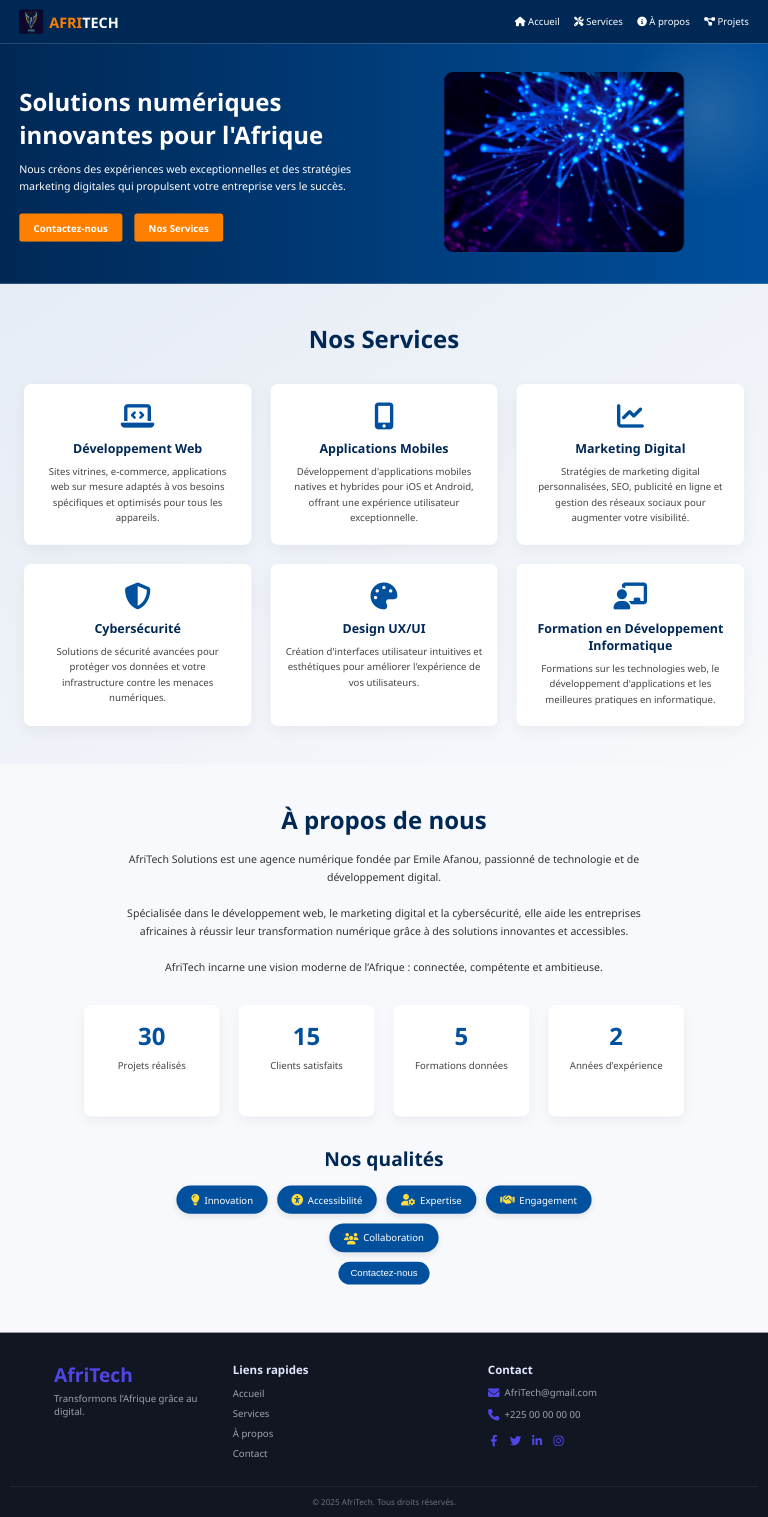
Repository: prestige225/AFRITECH
Page: index.html
An editor plug-in stored every save of this project. The page is shown before and after the next save, followed by the edit.
The browser window is 1280 px wide. The pictures show the whole page, at 60% of full size.

Above is the page before, as saved 2025-07-25 23:08:23.

### index.html

<!DOCTYPE html>
<html lang="en">
<head>
    <meta charset="UTF-8">
    <meta name="viewport" content="width=device-width, initial-scale=1.0">
    <!-- Font Awesome CDN -->
<link rel="stylesheet" href="https://cdnjs.cloudflare.com/ajax/libs/font-awesome/6.4.0/css/all.min.css">
    <link rel="stylesheet" href="style.css">

    <title>AFRITECH</title>
</head>
<body>
    <header>
        <div class="logo">
            <img src="image/logo.jpg" alt="AfanouTech Logo">
            <h1><span>AFRI</span>TECH</h1>
        </div>

         <!-- Bouton hamburger visible sur mobile -->
  <div class="menu-toggle" id="menu-toggle">
    <i class="fas fa-bars"></i>
  </div>


       <nav>
  <ul>
    <li><a href="index.html"><i class="fas fa-home"></i> Accueil</a></li>
    <li><a href="#services"><i class="fas fa-tools"></i> Services</a></li>
    <li><a href="about.html"><i class="fas fa-info-circle"></i> À propos</a></li>
    <!-- <li><a href="#services" id="openModalLink"><i class="fas fa-envelope"></i> Contact</a></li> -->

    <li><a href="projet.html"><i class="fas fa-project-diagram"></i> Projets</a></li>
  </ul>
</nav>

    </header>

<!-- hero -->
 <section class="hero">
    <div class="hero-content">
        <h1>Solutions numériques innovantes pour l'Afrique</h1>

        <p>Nous créons des expériences web exceptionnelles et des stratégies marketing digitales qui propulsent votre entreprise vers le succès.</p>
        <a href="contact.html" class="btn">Contactez-nous</a>
        <a href="#" class="btn">Nos Services</a>

    </div>
    <div class="hero-image">
        <img src="image/emile.jpg" alt="Image d'accueil">
    </div>

    <div class="couleurpassante en design">

    </div>

 </section>


 <!-- SECTION SERVICES -->
  <section id="services" class="services-section">
            <h2>Nos Services</h2>
    <div class="services">

        <div class="service-item">
            <i class="fas fa-laptop-code"></i>
            <h3>Développement Web</h3>
            <p>Sites vitrines, e-commerce, applications web sur mesure adaptés à vos besoins spécifiques et optimisés pour tous les appareils.</p>
        </div>
        <div class="service-item">
            <i class="fas fa-mobile-alt"></i>
            <h3>Applications Mobiles</h3>
            <p>Développement d'applications mobiles natives et hybrides pour iOS et Android, offrant une expérience utilisateur exceptionnelle.</p>
        </div>
        <div class="service-item">
            <i class="fas fa-chart-line"></i>
            <h3>Marketing Digital</h3>
            <p>Stratégies de marketing digital personnalisées, SEO, publicité en ligne et gestion des réseaux sociaux pour augmenter votre visibilité.</p>
        </div>
        <div class="service-item">
            <i class="fas fa-shield-alt"></i>
            <h3>Cybersécurité</h3>
            <p>Solutions de sécurité avancées pour protéger vos données et votre infrastructure contre les menaces numériques.</p>
        </div>
        <div class="service-item">
            <i class="fas fa-palette"></i>
            <h3>Design UX/UI</h3>
            <p>Création d'interfaces utilisateur intuitives et esthétiques pour améliorer l'expérience de vos utilisateurs.</p>
        </div>

        <div class="service-item">
            <i class="fas fa-chalkboard-teacher"></i>
            <h3>Formation en Développement Informatique</h3>
            <p>Formations sur les technologies web, le développement d'applications et les meilleures pratiques en informatique.</p>
            </div>
    </div>
  </section>
<!-- SECTION apropos -->
<section id="about" class="about-section">
  <h2>À propos de nous</h2>
  <p>
    AfriTech Solutions est une agence numérique fondée par Emile Afanou, passionné de technologie et de développement digital.<br><br>
    Spécialisée dans le développement web, le marketing digital et la cybersécurité, elle aide les entreprises africaines à réussir leur transformation numérique grâce à des solutions innovantes et accessibles.<br><br>
    AfriTech incarne une vision moderne de l’Afrique : connectée, compétente et ambitieuse.
  </p>

  <!-- COMPTEURS -->
  <div class="counters">
    <div class="counter-box">
      <span class="counter" data-target="30">0</span>
      <p>Projets réalisés</p>
    </div>
    <div class="counter-box">
      <span class="counter" data-target="15">0</span>
      <p>Clients satisfaits</p>
    </div>
    <div class="counter-box">
      <span class="counter" data-target="5">0</span>
      <p>Formations données</p>
    </div>
    <div class="counter-box">
      <span class="counter" data-target="2">0</span>
      <p>Années d'expérience</p>
    </div>
  </div>

  <!-- NOS QUALITÉS -->
  <div class="nos-qualites">
    <h3>Nos qualités</h3>
    <ul>
      <li><i class="fas fa-lightbulb"></i> Innovation</li>
      <li><i class="fas fa-universal-access"></i> Accessibilité</li>
      <li><i class="fas fa-user-cog"></i> Expertise</li>
      <li><i class="fas fa-handshake"></i> Engagement</li>
      <li><i class="fas fa-users"></i> Collaboration</li>
    </ul>
  </div>


  <!-- Bouton pour ouvrir la modale -->
<button id="openModalBtn" class="open-modal-btn">Contactez-nous</button>

<!-- Modale -->
<div id="contactModal" class="modal">
  <div class="modal-content">
    <span id="closeModalBtn" class="close-btn">&times;</span>
    <h2>Contactez-nous</h2>
    <form action="https://formspree.io/f/mabcxyz" method="POST">
      <input type="text" name="name" placeholder="Votre nom" required autocomplete="off" />
      <input type="email" name="email" placeholder="Votre email" required autocomplete="off" />
      <textarea name="message" rows="5" placeholder="Votre message" required></textarea>
      <button type="submit" class="btn">Envoyer</button>
    </form>
  </div>
</div>
</section>




<footer class="footer">
  <div class="footer-container">
    <div class="footer-brand">
      <h2>AfriTech</h2>
      <p>Transformons l’Afrique grâce au digital.</p>
    </div>
    <div class="footer-links">
      <h4>Liens rapides</h4>
      <ul>
        <li><a href="#">Accueil</a></li>
        <li><a href="#">Services</a></li>
        <li><a href="#">À propos</a></li>
        <li><a href="#">Contact</a></li>
      </ul>
    </div>
    <div class="footer-contact">
      <h4>Contact</h4>
      <p><i class="fas fa-envelope"></i>AfriTech@gmail.com</p>
      <p><i class="fas fa-phone"></i> +225 00 00 00 00</p>
      <div class="social-icons">
        <a href="#" aria-label="Facebook"><i class="fab fa-facebook-f"></i></a>
        <a href="#" aria-label="Twitter"><i class="fab fa-twitter"></i></a>
        <a href="#" aria-label="LinkedIn"><i class="fab fa-linkedin-in"></i></a>
        <a href="#" aria-label="Instagram"><i class="fab fa-instagram"></i></a>
      </div>
    </div>
  </div>
  <div class="footer-bottom">
    <p>© 2025 AfriTech. Tous droits réservés.</p>
  </div>
</footer>


    <script src="index.js"></script>

    <!--  -->
</body>



</html>

### style.css

/* ========== RESET ========== */
* {
  margin: 0;
  padding: 0;
  box-sizing: border-box;
}

/* ========== GLOBAL ========== */
body {
  font-family: 'Segoe UI', sans-serif;
  background-color: #f4f4f4;
  color: #333;
}

/* ========== HEADER ========== */
header {
  background-color: #002855;
  color: white;
  padding: 1rem 2rem;
  display: flex;
  justify-content: space-between;
  align-items: center;
  flex-wrap: wrap;
  position: relative;
}

/* Logo */
.logo {
  display: flex;
  align-items: center;
  gap: 10px;
}

.logo img {
  width: 40px;
  height: 40px;
}

.logo h1 {
  font-size: 1.5rem;
  font-weight: bold;
}

.logo span {
  color: #ff8000;
}

/* Navigation */
nav ul {
  list-style: none;
  display: flex;
  gap: 1.5rem;
}

nav a {
  color: white;
  text-decoration: none;
  font-weight: 500;
  transition: 0.3s;
}

nav a:hover {
  color: #ff8000;
}

/* Hamburger button */
.menu-toggle {
  display: none;
  font-size: 1.8rem;
  color: white;
  cursor: pointer;
}

/* ========== RESPONSIVE ========== */
@media (max-width: 768px) {
  nav {
    width: 100%;
  }

  nav ul {
    flex-direction: column;
    background-color: #002855;
    position: absolute;
    top: 100%;
    left: 0;
    right: 0;
    display: none;
    padding: 1rem;
    z-index: 10;
  }

  nav ul.active {
    display: flex;
  }

  .menu-toggle {
    display: block;
  }
}
/* 🎯 SECTION HERO MODERNE */
.hero {
  display: flex;
  flex-wrap: wrap;
  align-items: center;
  justify-content: space-between;
  padding: 3rem 2rem;
  background: linear-gradient(to right, #002855, #00509e);
  color: white;
  position: relative;
  overflow: hidden;
}

/* Contenu texte */
.hero-content {
  flex: 1 1 50%;
  max-width: 600px;
  z-index: 1;
}

.hero-content h1 {
  font-size: 2.5rem;
  margin-bottom: 1rem;
}

.hero-content p {
  font-size: 1.1rem;
  margin-bottom: 2rem;
  line-height: 1.6;
}

/* Boutons */
.hero-content .btn {
  display: inline-block;
  background-color: #ff8000;
  color: white;
  padding: 0.8rem 1.5rem;
  margin-right: 1rem;
  border-radius: 5px;
  text-decoration: none;
  font-weight: bold;
  transition: background 0.3s ease;
}

.hero-content .btn:hover {
  background-color: #e67300;
}

/* Image d’accueil */
.hero-image {
  flex: 1 1 40%;
  text-align: center;
  z-index: 1;
}

.hero-image img {
  width: 100%;
  max-width: 400px;
  height: auto;
  border-radius: 15px;
}

/* Effet décoratif de fond (couleurpassante) */
.couleurpassante {
  position: absolute;
  top: -50px;
  right: -50px;
  width: 300px;
  height: 300px;
  background: radial-gradient(circle, #ffffff22, transparent 70%);
  border-radius: 50%;
  animation: flotter 10s infinite alternate;
  z-index: 0;
}

/* Animation douce */
@keyframes flotter {
  0% {
    transform: translateY(0) rotate(0deg);
  }
  100% {
    transform: translateY(20px) rotate(20deg);
  }
}

/* 📱 Responsive */
@media (max-width: 768px) {
  .hero {
    flex-direction: column;
    text-align: center;
  }

  .hero-content, .hero-image {
    flex: 1 1 100%;
    max-width: 100%;
  }

  .hero-content h1 {
    font-size: 2rem;
  }

  .hero-content p {
    font-size: 1rem;
  }

  .hero-content .btn {
    margin-bottom: 1rem;
  }
}


/* ========== SECTION SERVICES ========== */
.services-section {
  padding: 4rem 2rem;
  background: linear-gradient(to bottom right, #e6ecf5, #f7f9fc);
  text-align: center;
}

.services-section h2 {
  font-size: 2.5rem;
  margin-bottom: 3rem;
  color: #002855;
  font-weight: 700;
}

/* Container de toutes les cartes */
.services {
  display: grid;
  grid-template-columns: repeat(auto-fit, minmax(280px, 1fr));
  gap: 2rem;
  max-width: 1200px;
  margin: 0 auto;
}

/* Style individuel des services */
.service-item {
  background-color: #ffffff;
  border-radius: 12px;
  padding: 2rem 1.5rem;
  box-shadow: 0 8px 25px rgba(0, 0, 0, 0.05);
  transition: transform 0.3s ease, box-shadow 0.3s ease;
}

.service-item:hover {
  transform: translateY(-8px);
  box-shadow: 0 12px 30px rgba(0, 0, 0, 0.1);
}

/* Icône */
.service-item i {
  font-size: 2.8rem;
  color: #00509e;
  margin-bottom: 1rem;
}

/* Titre */
.service-item h3 {
  font-size: 1.3rem;
  margin-bottom: 0.8rem;
  color: #002855;
  font-weight: 600;
}

/* Paragraphe */
.service-item p {
  font-size: 1rem;
  line-height: 1.6;
  color: #444;
}


/* ===== SECTION À PROPOS ===== */
.about-section {
  padding: 4rem 2rem;
  text-align: center;
  background: #f7f9fc;
}

.about-section h2 {
  font-size: 2.5rem;
  color: #002855;
  margin-bottom: 1.5rem;
}

.about-section p {
  max-width: 900px;
  margin: 0 auto 3rem;
  font-size: 1.1rem;
  line-height: 1.8;
  color: #333;
}

/* ===== SECTION À PROPOS ===== */
.about-section {
  padding: 4rem 2rem;
  text-align: center;
  background: #f7f9fc;
  font-family: 'Segoe UI', Tahoma, Geneva, Verdana, sans-serif;
}

.about-section h2 {
  font-size: 2.5rem;
  color: #002855;
  margin-bottom: 1.5rem;
  font-weight: 700;
}

.about-section p {
  max-width: 900px;
  margin: 0 auto 3rem;
  font-size: 1.1rem;
  line-height: 1.7;
  color: #333;
}

.about-section {
  padding: 4rem 2rem;
  text-align: center;
  background: #f7f9fc;
  font-family: 'Segoe UI', Tahoma, Geneva, Verdana, sans-serif;
}

.about-section h2 {
  font-size: 2.5rem;
  color: #002855;
  margin-bottom: 1.5rem;
  font-weight: 700;
}

.about-section p {
  max-width: 900px;
  margin: 0 auto 3rem;
  font-size: 1.1rem;
  line-height: 1.7;
  color: #333;
}

/* Compteurs */
.counters {
  display: grid;
  grid-template-columns: repeat(auto-fit, minmax(160px, 1fr));
  gap: 2rem;
  max-width: 1000px;
  margin: 0 auto 3rem;
}

.counter-box {
  background: #fff;
  border-radius: 12px;
  padding: 1.5rem;
  box-shadow: 0 8px 20px rgba(0, 0, 0, 0.05);
  transition: transform 0.3s ease;
}

.counter-box:hover {
  transform: translateY(-5px);
}

.counter {
  font-size: 2.5rem;
  font-weight: 700;
  color: #00509e;
  display: block;
}

.counter-box p {
  margin-top: 0.5rem;
  font-size: 1rem;
  color: #444;
}

/* Nos qualités */
.nos-qualites {
  margin-top: 3rem;
  max-width: 800px;
  margin-left: auto;
  margin-right: auto;
  text-align: center;
}

.nos-qualites h3 {
  font-size: 2rem;
  color: #002855;
  margin-bottom: 1.5rem;
  font-weight: 700;
}

.nos-qualites ul {
  list-style: none;
  padding: 0;
  display: flex;
  flex-wrap: wrap;
  justify-content: center;
  gap: 1rem;
}

.nos-qualites li {
  background-color: #00509e;
  color: #fff;
  padding: 0.8rem 1.5rem;
  border-radius: 25px;
  font-size: 1rem;
  font-weight: 500;
  box-shadow: 0 4px 12px rgba(0, 0, 0, 0.1);
  display: flex;
  align-items: center;
  gap: 0.5rem;
  transition: background 0.3s ease;
}

.nos-qualites li:hover {
  background-color: #003f7f;
}

.nos-qualites li i {
  color: #ffdd40;
  font-size: 1.2rem;
}

/* Responsive */
@media (max-width: 768px) {
  .about-section h2 {
    font-size: 2rem;
  }

  .about-section p {
    font-size: 1rem;
    padding: 0 1rem;
  }

  .counter {
    font-size: 2rem;
  }

  .counter-box p {
    font-size: 0.95rem;
  }

  .nos-qualites li {
    font-size: 0.95rem;
    padding: 0.7rem 1.2rem;
  }
}

@media (max-width: 480px) {
  .counters {
    grid-template-columns: 1fr;
  }

  .nos-qualites ul {
    flex-direction: column;
    gap: 1rem;
  }

  .nos-qualites li {
    justify-content: center;
  }
}


/* Bouton pour ouvrir la modale */
.open-modal-btn {
  padding: 10px 20px;
  background-color: #00509e;
  color: white;
  border: none;
  border-radius: 25px;
  cursor: pointer;
  font-size: 1rem;
  margin: 2rem auto;
  display: block;
}

.open-modal-btn:hover {
  background-color: #003f7f;
}

/* Bouton ouvrir modale */
.open-modal-btn {
  padding: 10px 20px;
  background-color: #00509e;
  color: white;
  border: none;
  border-radius: 25px;
  cursor: pointer;
  font-size: 1rem;
  display: inline-block;
  margin: 1rem auto;
}

.open-modal-btn:hover {
  background-color: #003f7f;
}

/* Modale masquée par défaut */
.modal {
  display: none;
  position: fixed;
  z-index: 10000;
  top: 0; left: 0;
  width: 100vw;
  height: 100vh;
  background-color: rgba(0,0,0,0.7);
  justify-content: center;
  align-items: center;
  padding: 1rem;
}

/* Afficher modale */
.modal.show {
  display: flex;
}

/* Contenu modale */
.modal-content {
  background-color: #fff;
  border-radius: 10px;
  max-width: 500px;
  width: 100%;
  padding: 2rem;
  position: relative;
  box-shadow: 0 0 15px rgba(0,0,0,0.3);
  animation: fadeInScale 0.3s ease forwards;
}

@keyframes fadeInScale {
  from {opacity: 0; transform: scale(0.9);}
  to {opacity: 1; transform: scale(1);}
}

.modal-content h2 {
  color: #003f7f;
  margin-bottom: 1rem;
  text-align: center;
}

.modal-content form {
  display: flex;
  flex-direction: column;
  gap: 1rem;
}

input, textarea {
  padding: 1rem;
  font-size: 1rem;
  border-radius: 8px;
  border: 1px solid #ccc;
  outline: none;
  font-family: inherit;
  transition: border-color 0.3s ease;
}

input:focus, textarea:focus {
  border-color: #00509e;
}

button.btn {
  background-color: #00509e;
  color: white;
  padding: 0.9rem;
  font-weight: 600;
  border: none;
  border-radius: 25px;
  cursor: pointer;
  font-size: 1rem;
  transition: background-color 0.3s ease;
}

button.btn:hover {
  background-color: #003f7f;
}

/* Bouton fermer modale */
.close-btn {
  position: absolute;
  top: 15px;
  right: 15px;
  font-size: 1.8rem;
  color: #777;
  cursor: pointer;
  transition: color 0.3s ease;
}

.close-btn:hover {
  color: #000;
}

/* Responsive */
@media (max-width: 600px) {
  .modal-content {
    padding: 1.5rem;
  }
}

.footer {
  background: #121623;
  color: #d1d5db;
  padding: 3rem 1rem 1rem;
  font-family: 'Segoe UI', Tahoma, Geneva, Verdana, sans-serif;
}

.footer-container {
  max-width: 1100px;
  margin: 0 auto;
  display: flex;
  flex-wrap: wrap;
  gap: 3rem;
  justify-content: space-between;
}

.footer-brand h2 {
  font-size: 2rem;
  color: #4f46e5; /* violet doux */
  margin-bottom: 0.5rem;
  font-weight: 700;
}

.footer-brand p {
  font-size: 1rem;
  color: #9ca3af;
  max-width: 250px;
}

.footer-links,
.footer-contact {
  flex: 1 1 220px;
}

.footer-links h4,
.footer-contact h4 {
  font-size: 1.2rem;
  color: #e0e7ff;
  margin-bottom: 1rem;
  font-weight: 600;
}

.footer-links ul {
  list-style: none;
  padding: 0;
}

.footer-links ul li {
  margin-bottom: 0.7rem;
}

.footer-links ul li a {
  color: #9ca3af;
  text-decoration: none;
  transition: color 0.3s ease;
  font-weight: 500;
}

.footer-links ul li a:hover {
  color: #4f46e5;
}

.footer-contact p {
  display: flex;
  align-items: center;
  gap: 0.6rem;
  margin-bottom: 1rem;
  font-weight: 500;
  color: #9ca3af;
}

.footer-contact i {
  color: #4f46e5;
  font-size: 1.2rem;
}

.social-icons {
  display: flex;
  gap: 1rem;
  margin-top: 0.5rem;
}

.social-icons a {
  color: #9ca3af;
  font-size: 1.4rem;
  transition: color 0.3s ease;
}

.social-icons a:hover {
  color: #4f46e5;
}

/* Footer bas */
.footer-bottom {
  margin-top: 2rem;
  text-align: center;
  border-top: 1px solid #2e2e48;
  padding-top: 1rem;
  font-size: 0.85rem;
  color: #6b7280;
}

/* Responsive */
@media (max-width: 768px) {
  .footer-container {
    flex-direction: column;
    gap: 2rem;
    text-align: center;
  }

  .footer-brand p {
    margin: 0 auto;
  }

  .footer-links,
  .footer-contact {
    flex: unset;
  }

  .social-icons {
    justify-content: center;
  }
}
.footer-contact p {
  display: flex;
  align-items: center;      /* aligne verticalement */
  gap: 8px;                 /* espace entre icône et texte */
  margin-bottom: 1rem;
  font-weight: 500;
  color: #9ca3af;
  /* Assure que la ligne prend la hauteur du texte */
  line-height: 1.2;
  text-align: center;
  align-items: center;
}

.footer-contact i {
  color: #4f46e5;
  font-size: 1.2rem;
  /* Fixe la taille de l'icône et centre parfaitement */
  display: inline-flex;
  align-items: center;
  justify-content: center;
  width: 20px;       /* largeur fixe pour alignement uniforme */
  height: 20px;      /* hauteur fixe pour alignement uniforme */
  line-height: 1;
  align-items: center;
}

### index.js

// script.js

// Récupération des éléments
const toggleBtn = document.getElementById("menu-toggle");
const navMenu = document.querySelector("nav ul");

// Écoute du clic sur le bouton menu
toggleBtn.addEventListener("click", () => {
  navMenu.classList.toggle("active");
});


const counters = document.querySelectorAll('.counter');

  counters.forEach(counter => {
    const updateCount = () => {
      const target = +counter.getAttribute('data-target');
      const count = +counter.innerText;
      const speed = 100; // Plus petit = plus rapide

      const increment = Math.ceil(target / speed);

      if (count < target) {
        counter.innerText = count + increment;
        setTimeout(updateCount, 30);
      } else {
        counter.innerText = target;
      }
    };

    updateCount();
  });


  const openModalBtn = document.getElementById('openModalBtn');
const modal = document.getElementById('contactModal');
const closeModalBtn = document.getElementById('closeModalBtn');

openModalBtn.addEventListener('click', () => {
  modal.classList.add('show');
});

closeModalBtn.addEventListener('click', () => {
  modal.classList.remove('show');
});

window.addEventListener('click', (e) => {
  if (e.target === modal) {
    modal.classList.remove('show');
  }
});

// Fermer avec la touche ESC
window.addEventListener('keydown', (e) => {
  if (e.key === 'Escape' && modal.classList.contains('show')) {
    modal.classList.remove('show');
  }
});

After the next save:
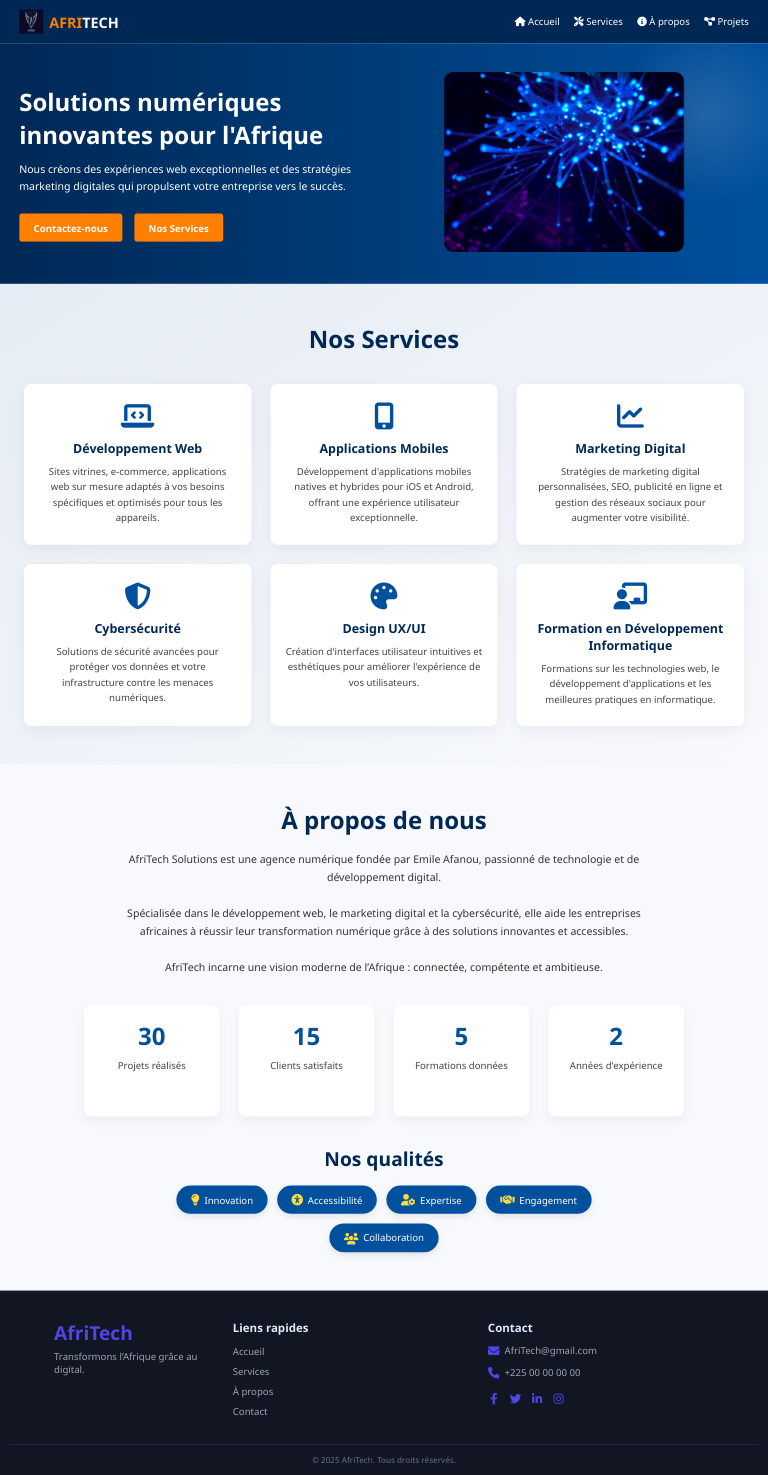
Console error: TypeError: Cannot read properties of null (reading 'addEventListener')
Saved 114 s later.
--- a/index.html
+++ b/index.html
@@ -138,7 +138,7 @@
 
 
   <!-- Bouton pour ouvrir la modale -->
-<button id="openModalBtn" class="open-modal-btn">Contactez-nous</button>
+<!-- <button id="openModalBtn" class="open-modal-btn">Contactez-nous</button> -->
 
 <!-- Modale -->
 <div id="contactModal" class="modal">
